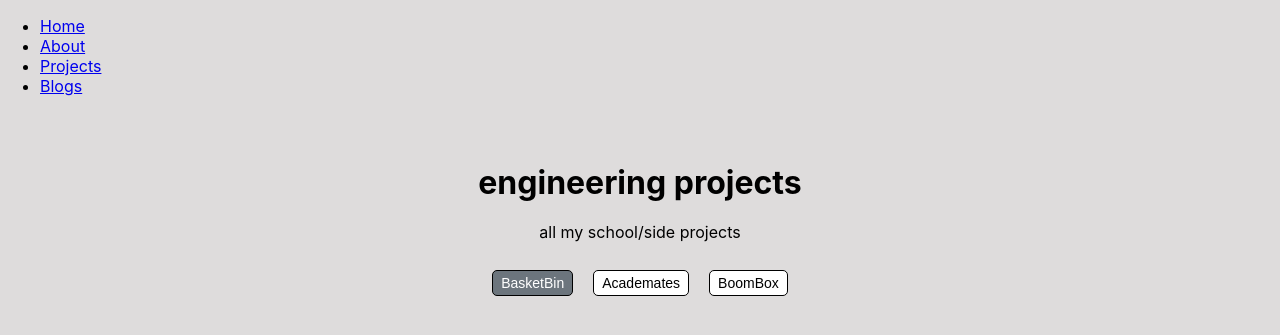
Repository: nicholaschen09/personalWebsite
Page: /projects/engineering
An editor plug-in stored every save of this project. The page is shown before and after the next save, followed by the edit.
The browser window is 1280 px wide. The pictures show the whole page.
The pointer rests on the first visible `.engineering button`.
The project was rebuilt for these pictures with package versions that can differ from the ones it lists, and the page was loaded fresh each time. Also part of the build but not shown: src/components/About.css, src/components/About.js, src/components/Home.js, src/components/Projects.css, src/components/Projects.js, src/components/Blog.css, src/components/Blog.js, src/components/Miscellaneous.css and 4 more.

Above is the page before, as saved 2024-08-10 11:01:35.

### src/App.js
import React from 'react';
import { BrowserRouter as Router, Route, Routes, Link } from 'react-router-dom';
import About from './components/About.js';
import Home from './components/Home.js';
import Projects from './components/Projects.js';
import Blog from './components/Blog.js';
import Miscellaneous from './components/Miscellaneous.js';
import Design from './components/Design.js';
import Engineering from './components/Engineering.js';
import BasketBin from './components/BasketBin';

function App() {
  return (
    <Router>
      <div>
        <nav>
          <ul>
            <li>
              <Link to="/">Home</Link>
            </li>
            <li>
              <Link to="/about">About</Link>
            </li>
            <li>
              <Link to="/projects">Projects</Link>
            </li>
            <li>
              <Link to="/blogs">Blogs</Link>
            </li>
          </ul>
        </nav>

        <Routes>
          <Route path="/about" element={<About />} />
          <Route path="/" element={<Home />} />
          <Route path="/projects" element={<Projects />} />
          <Route path="/blogs" element={<Blog />} />
          <Route path="/projects/miscellaneous" element={<Miscellaneous />} />
          <Route path="/projects/design" element={<Design />} />
          <Route path="/projects/engineering" element={<Engineering />} />
          <Route path="/projects/basketbin" element={<BasketBin />} />
        </Routes>
      </div>
    </Router>
  );
}

export default App;

### src/components/Engineering.js
import React from 'react';
import { Link } from 'react-router-dom';
import './Engineering.css'; // Ensure you have this CSS file in your project

const Engineering = () => {
    return (
        <div className="engineering">
            <h1>engineering projects</h1>
            <p>all my school/side projects</p>
            <div className="projects-container">
                <Link to="/engineering/BasketBin"><button>BasketBin</button></Link>
                <Link to="/engineering/Academates"><button>Academates</button></Link>
                <Link to="/engineering/BoomBox"><button>BoomBox</button></Link>
            </div>
        </div>
    );
};

export default Engineering;

### src/components/Home.css
/* src/components/Home/Home.css */
.home {
    text-align: center;
    padding: 100px;
    width: 700px;
    margin-left: auto;
    margin-right: auto;
}

body {
    background-color: rgb(222, 220, 220);
}

.DinnerImage {
    width: 70%;
    height: 70%;
    margin-left: auto;
    margin-right: auto;
    display: block;
}
p {
    line-height: 1;
}

### src/components/Engineering.css
.engineering {
    text-align: center;
    padding: 30px;
}

.projects-container {
    display: flex;
    align-items: center;
    flex-direction: row;
    justify-content: center;
    padding: 0;
    margin: 20px;
}

.engineering button {
    border: 1px solid #000000; /* Grey border */
    padding: 4px 8px; /* Smaller padding */
    background-color: #fff; /* White background */
    color: #000000; /* Grey text */
    cursor: pointer;
    font-size: 14px; /* Smaller font size */
    transition: background-color 0.3s, color 0.3s;
    border-radius: 5px; /* Rounded corners */
    margin: 10px; /* Spacing between buttons */
}

.engineering button:hover {
    background-color: #6c757d; /* Grey background on hover */
    color: #fff; /* White text on hover */
}

Loaded but not shown: public/index.html (common file); src/index.js (common file); src/index.css (common file); src/reportWebVitals.js (common file); public/manifest.json (common file); src/components/BasketBin.css (no stored copy; drawn as an empty file)

After the next save:
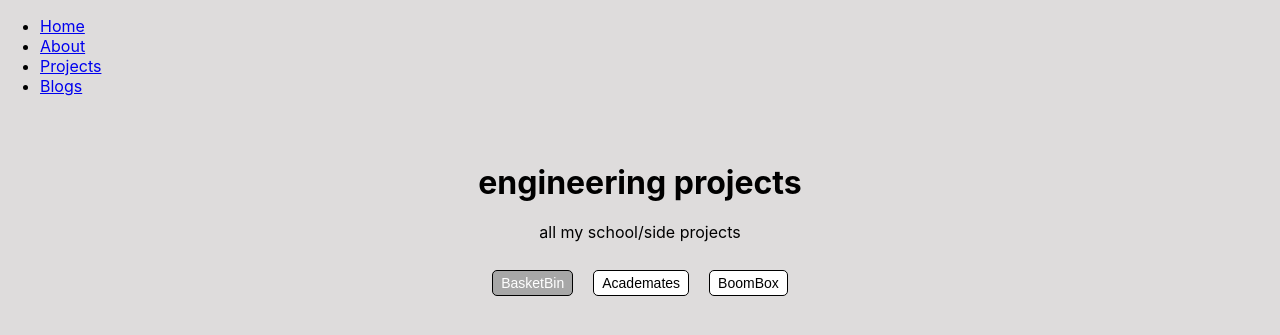
Saved 13 s later.
--- a/src/components/Engineering.css
+++ b/src/components/Engineering.css
@@ -25,6 +25,6 @@
 }
 
 .engineering button:hover {
-    background-color: #6c757d; /* Grey background on hover */
+    background-color: #a7a7a7; /* Grey background on hover */
     color: #fff; /* White text on hover */
 }
